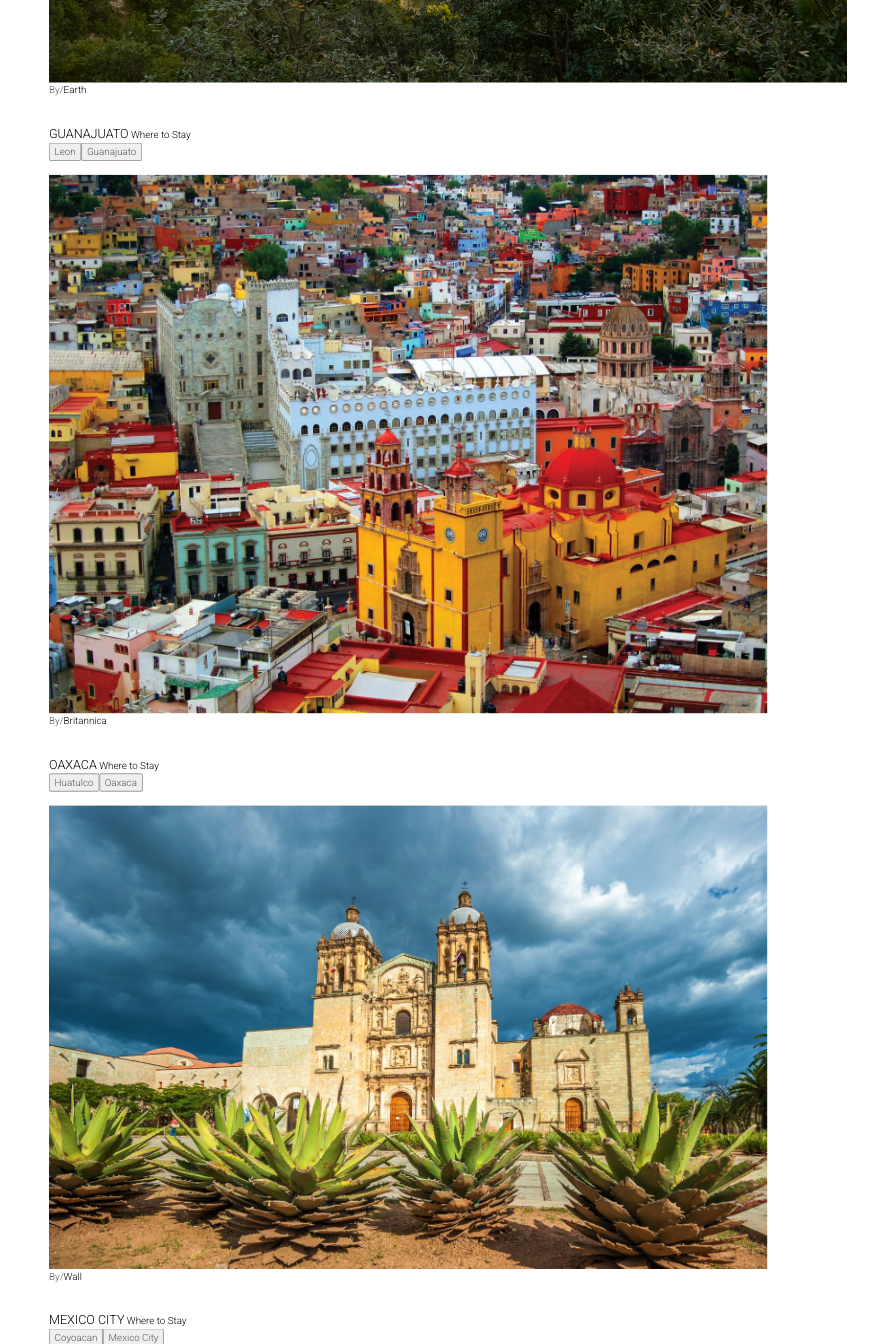
Repository: navegantemx/holiday-destination
Page: destinations.html
The author's editor kept a record of every edit. The page is drawn from the files as they stood at one moment, then again after the next edit.
The browser window is 1280 px wide. The pictures show the part of the page from y = 3277 to 5197 px (the page is 8404 px tall before and 8489 px after), at 70% of full size.
A picture or video elsewhere on the page could not be fetched, so the positions and the page height are approximate. Some web libraries are served in a nearby version.

Above is the page before.

After the next edit:
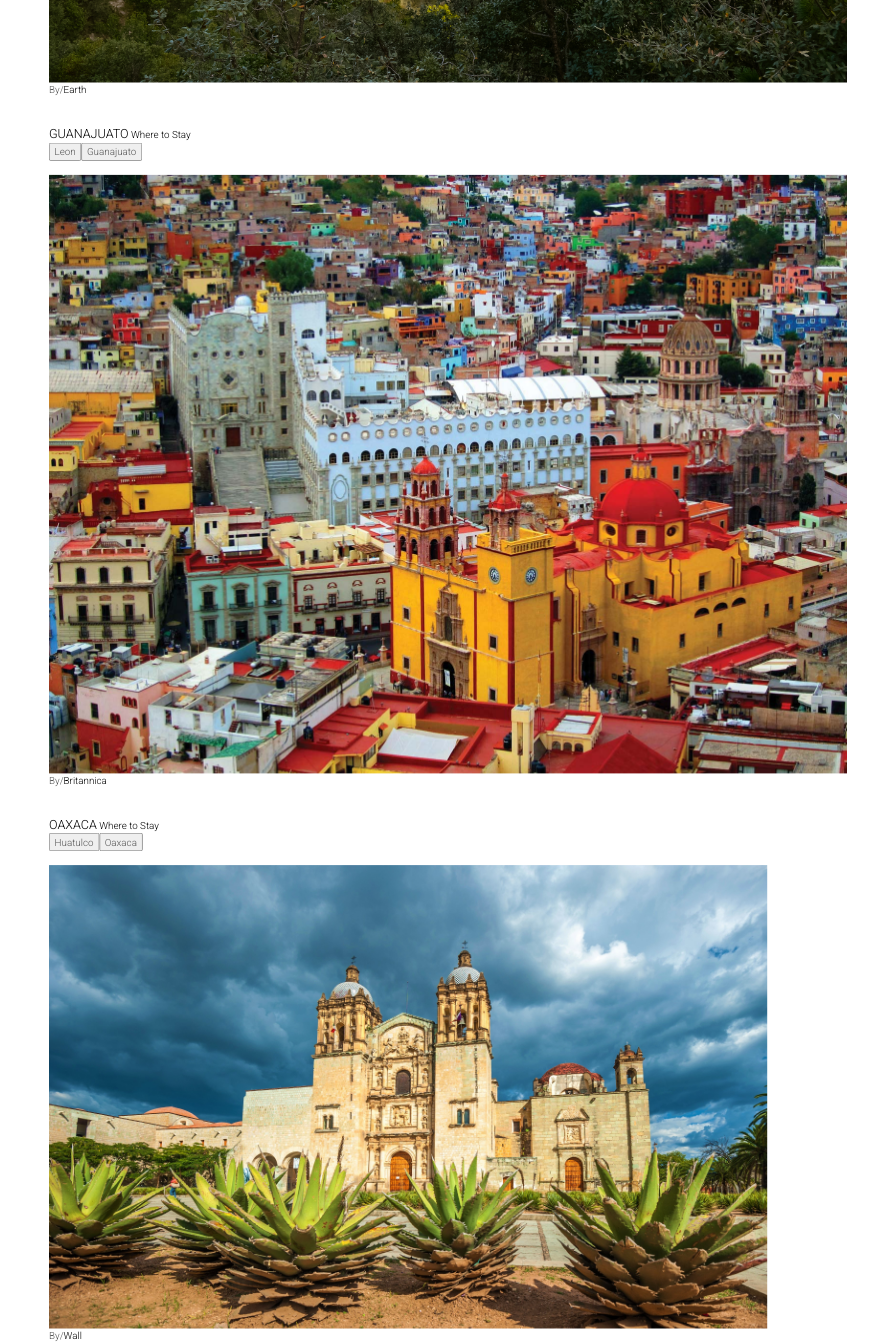
The edit:
--- a/destinations.html
+++ b/destinations.html
@@ -91,7 +91,7 @@
         <a href="//www.touropia.com/checkin?city=Guanajuato,Mexico" target="_blank" class="fancybox">Where to Stay</a><br>
         <button id="guanajuatoButton">Leon</button><span><button id="leonButton">Guanajuato</button></span><br><br>
         <div class="image_640">
-            <img id="guanajuatoImage" src= assets/images/guanajuato_gto_01.jpg width="90%"><br>
+            <img id="guanajuatoImage" src= assets/images/guanajuato_gto_01.jpg width="100%"><br>
             <span class="photo-credit">By/<a href="https://www.britannica.com/place/Guanajuato-Mexico" target="_blank">Britannica</a></span>
         </div>
         <br><br>
